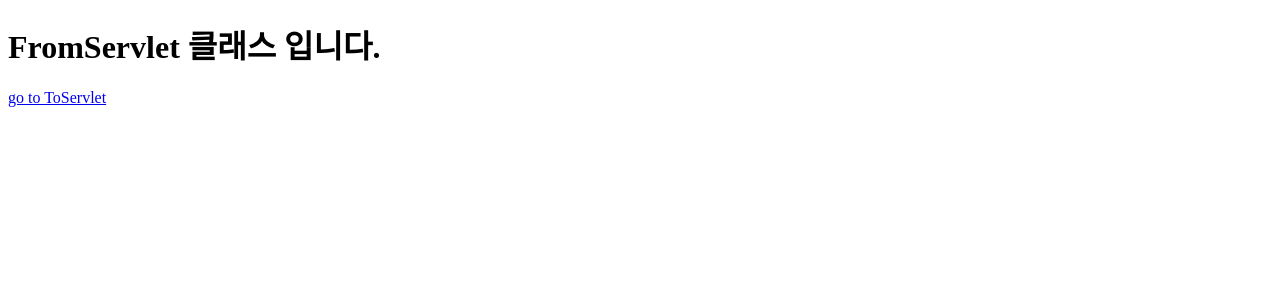
Repository: hari6180/JSP
Page: http://localhost/Model2/FromServlet
These files come from the project's save history. The page is drawn as it stood at one moment and after a run of saves; the edit follows.
The browser window is 1280 px wide. The pictures show the whole page.
The page is served by Tomcat 9. Other server files are loaded and not shown.

Above is the page before, as saved 2021-01-25 02:17:10.

### Model2/src/study/jsp/model2/controller/FromServlet.java
package study.jsp.model2.controller;

import java.io.IOException;
import java.io.PrintWriter;

import javax.servlet.ServletException;
import javax.servlet.annotation.WebServlet;
import javax.servlet.http.HttpServlet;
import javax.servlet.http.HttpServletRequest;
import javax.servlet.http.HttpServletResponse;

/**
 * Servlet implementation class FromServlet
 */
@WebServlet("/FromServlet")
public class FromServlet extends HttpServlet {
	private static final long serialVersionUID = 1L;

    /**
     * @see HttpServlet#HttpServlet()
     */
    public FromServlet() {
        super();
        // TODO Auto-generated constructor stub
    }

	/**
	 * @see HttpServlet#doGet(HttpServletRequest request, HttpServletResponse response)
	 */
	protected void doGet(HttpServletRequest request, HttpServletResponse response) throws ServletException, IOException {
		/** 1) 페이지 헤더 설정 */
		// 브라우저에 전달되는 컨텐츠의 형식 지정
		response.setContentType("text/html; charset=utf-8");
		// 브라우저로부터 전달받는 파라미터의 인코딩 형식 지정
		request.setCharacterEncoding("utf-8");

		/** 2) 브라우저에게 전달될 HTML 출력하기 */
		// JSP에서 사용되던 out 내장객체를 생성한다. --> import java.io.PrintWriter;
		PrintWriter out = response.getWriter();

		out.println("<!doctype html>");
		out.println("<html>");
		out.println("<head><meta charset='utf-8' /></head>");
		out.println("<body>");
		out.println("<h1>FromServlet 클래스 입니다. </h1>");

		// SubPage에게 GET 파라미터 전달하기
		out.println("<p><a href='ToServlet?num1=100&num2=200'>go to ToServlet</a></p>");

		// SubPage에게 POST 파라미터 전달하기
		out.println("<form method='post' action='ToServlet'>");
		out.println("");
		out.println("");
		out.println("");

		out.println("");
		out.println("");
	}

	/**
	 * @see HttpServlet#doPost(HttpServletRequest request, HttpServletResponse response)
	 */
	protected void doPost(HttpServletRequest request, HttpServletResponse response) throws ServletException, IOException {
		// TODO Auto-generated method stub
		doGet(request, response);
	}

}

After the next 2 saves:
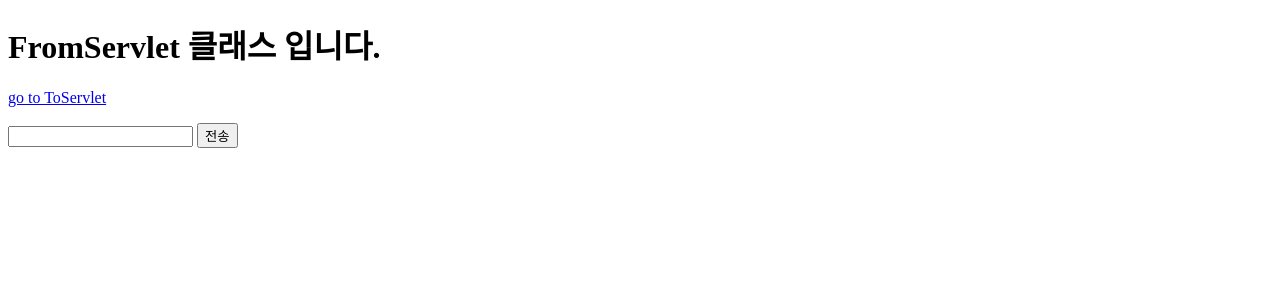
The 2 saves are shown as one change because they came seconds apart.
The last was saved 34 s later.
--- a/Model2/src/study/jsp/model2/controller/FromServlet.java
+++ b/Model2/src/study/jsp/model2/controller/FromServlet.java
@@ -49,9 +49,9 @@ public class FromServlet extends HttpServlet {
 
 		// SubPage에게 POST 파라미터 전달하기
 		out.println("<form method='post' action='ToServlet'>");
-		out.println("");
-		out.println("");
-		out.println("");
+		out.println("<input type='text' name='user_name' />");
+		out.println("<input type='submit' value='전송' />");
+		out.println("</form>");
 
 		out.println("");
 		out.println("");
